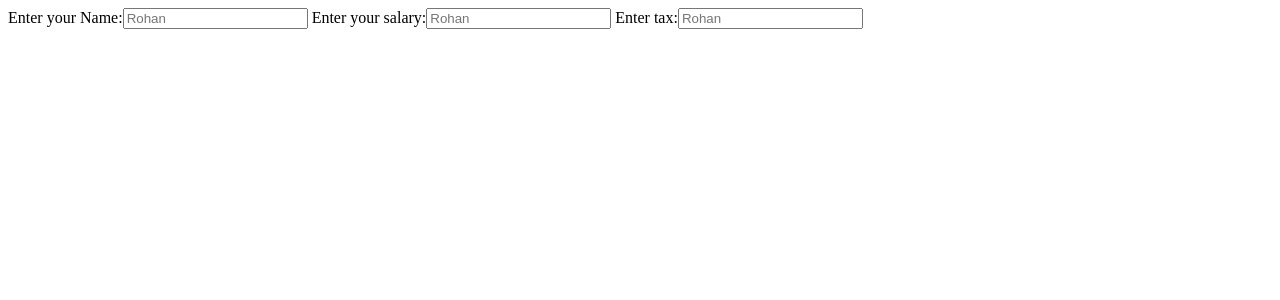
Repository: rohanaj2001/j2ee
Page: prog6/src/main/webapp/index.html
These files come from the project's save history. The page is drawn as it stood at one moment and after the next save; the edit follows.
The browser window is 1280 px wide. The pictures show the whole page.

Above is the page before, as saved 2023-05-25 17:24:02.

### prog6/src/main/webapp/index.html
<!DOCTYPE html>
<html>
<head>
<meta charset="ISO-8859-1">
<title>Insert title here</title>
</head>
<body>
<form method="post" action="backend">
Enter your Name:<input type="text" placeholder="Rohan">
Enter your salary:<input type="number" placeholder="Rohan">
Enter tax:<input type="number" placeholder="Rohan">
</form>
</body>
</html>

### prog6/src/main/webapp/index.css
#form{
	background-color: red;
}

After the next save:
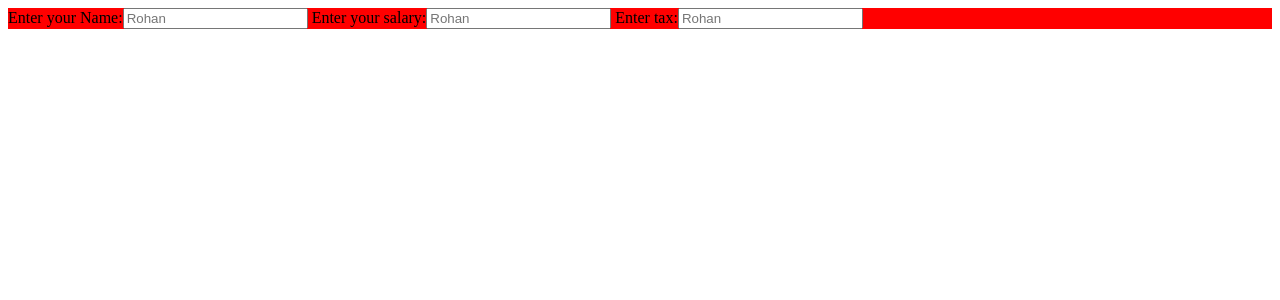
Saved 5 s later.
--- a/prog6/src/main/webapp/index.html
+++ b/prog6/src/main/webapp/index.html
@@ -3,9 +3,10 @@
 <head>
 <meta charset="ISO-8859-1">
 <title>Insert title here</title>
+<link rel='stylesheet' type='text/css' href='./index.css'>
 </head>
 <body>
-<form method="post" action="backend">
+<form method="post" action="backend" id="form">
 Enter your Name:<input type="text" placeholder="Rohan">
 Enter your salary:<input type="number" placeholder="Rohan">
 Enter tax:<input type="number" placeholder="Rohan">
